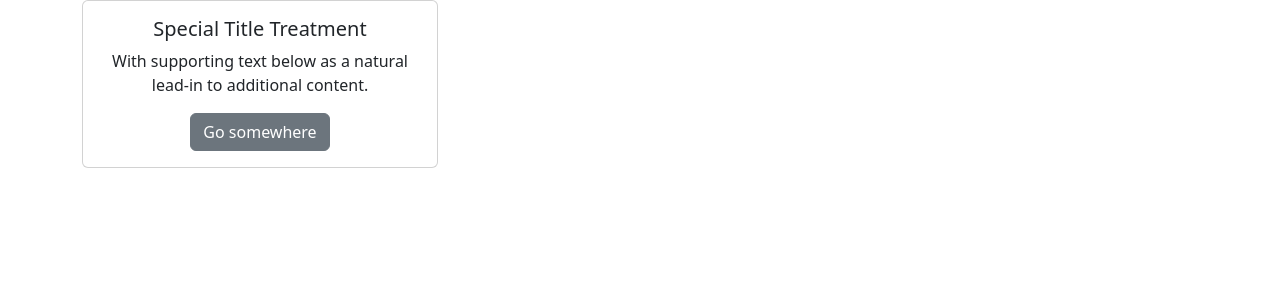
Repository: Rohit1995K/React-redux
Page: /
An editor plug-in stored every save of this project. The page is shown before and after the next save, followed by the edit.
The browser window is 1280 px wide. The pictures show the whole page.
The project was rebuilt for these pictures with package versions that can differ from the ones it lists, and the page was loaded fresh each time. Also part of the build but not shown: src/Components/CartItem.js, src/Containers/CartContainer.js, src/Components/Navbar.js.

Above is the page before, as saved 2022-10-23 21:46:22.

After the next save:
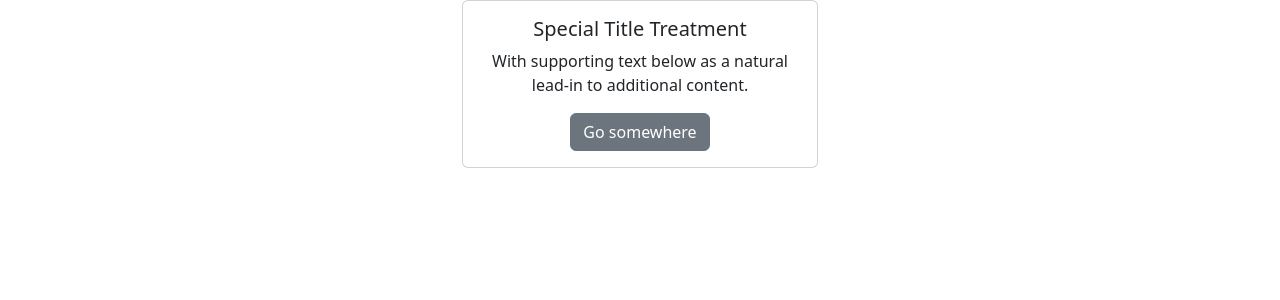
Saved 112 min 7 s later.
--- a/src/Components/Login/Login.js
+++ b/src/Components/Login/Login.js
@@ -7,7 +7,7 @@ const Login = () => {
     return (
         <div className="container">
         <div className="row">
-            <div className="col-offset-md-4 col-md-4">
+            <div className="offset-md-4 col-md-4">
                 <Card>
                     <CardBody>
                         <CardTitle tag="h5">
